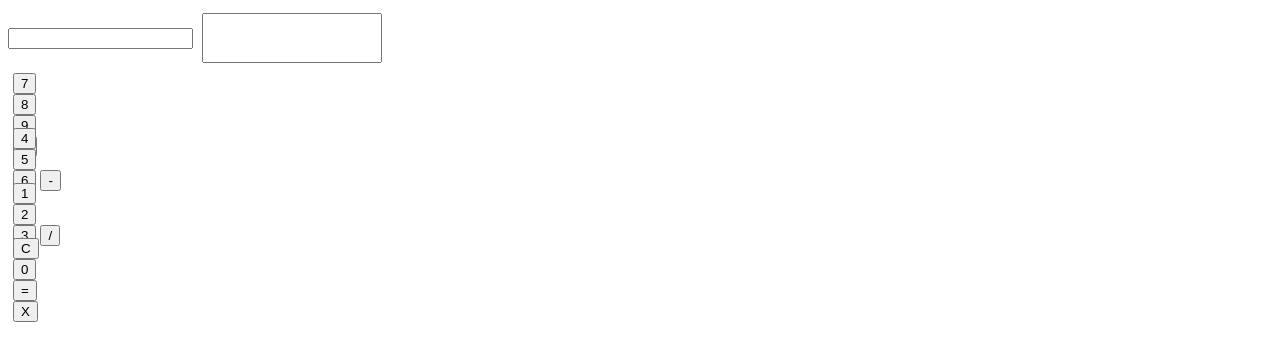
Repository: jun01270/calculator
Page: caculator.html
The author's editor kept a copy of each file at every save. The page is drawn from the files as they stood at one save, then again after the next save.
The browser window is 1280 px wide. The pictures show the whole page.

Above is the page before, as saved 2023-07-31 19:34:27.

After the next save:
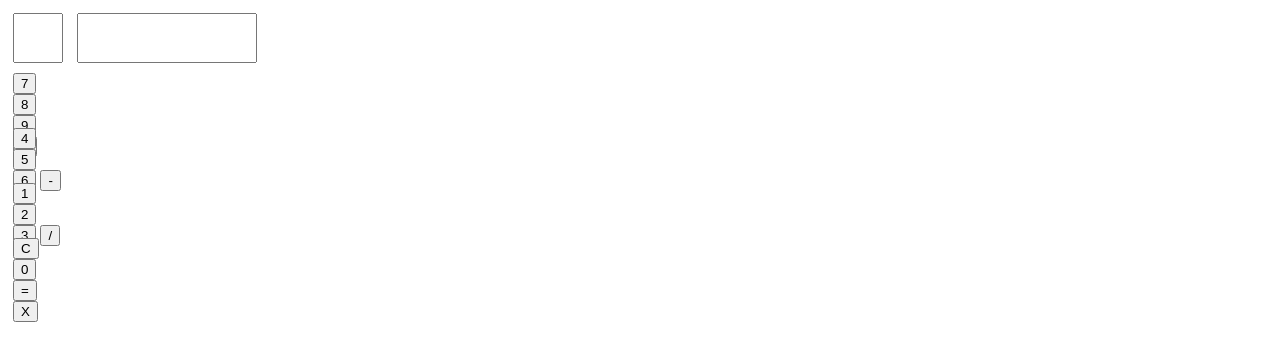
Saved 16 s later.
--- a/index.css
+++ b/index.css
@@ -9,6 +9,13 @@
   text-align: right;
 }
 
+#operator {
+  width: 50px;
+  height: 50px;
+  margin: 5px;
+  text-align: right;
+}
+
 .row {
   width: 50px;
   height: 50px;
